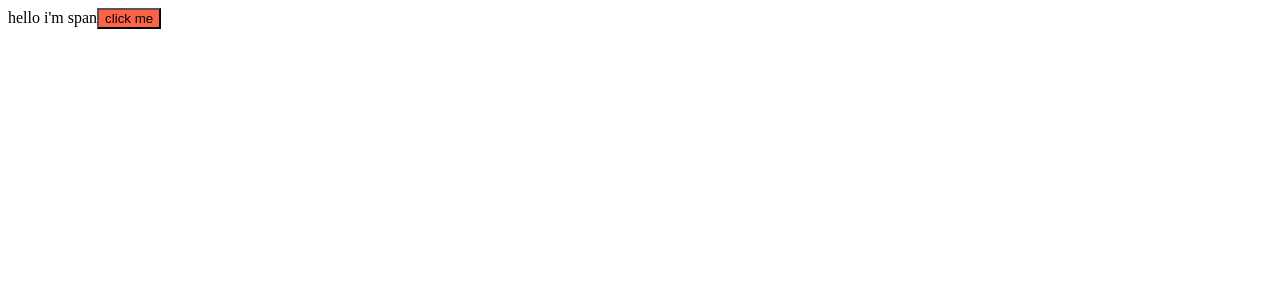
Repository: TaewookKwak/React
Page: index.html
An editor plug-in stored every save of this project. The page is shown before and after the next save, followed by the edit.
The browser window is 1280 px wide. The pictures show the whole page.

Above is the page before, as saved 2021-12-14 16:01:55.

After the next save:
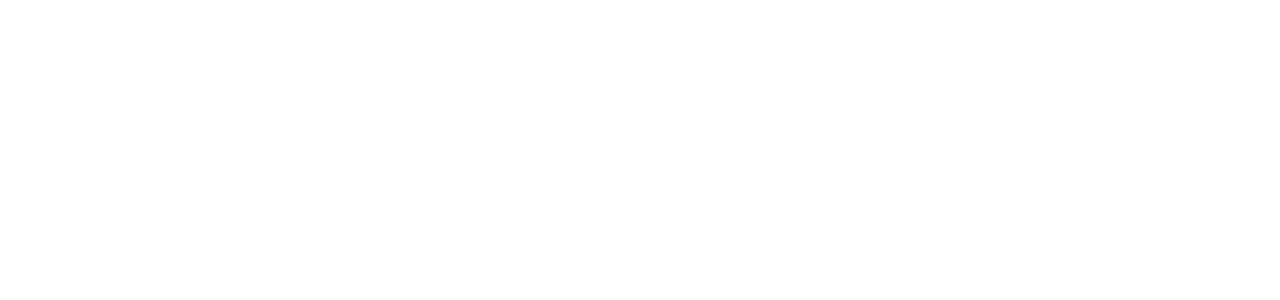
Console error: SyntaxError: Unexpected string
Saved 68 min 54 s later.
--- a/index.html
+++ b/index.html
@@ -12,10 +12,11 @@
     }, "hello i'm span");
     const button = React.createElement('button', {
         onClick: () => console.log('im clicked'),
+        'click me',
         style : {
             backgroundColor : 'tomato',
         }
-    }, 'click me');
+    });
     const container = React.createElement('div', null, [span, button]);
     ReactDOM.render(container, root);
 </script>

After the 2 saves that followed:
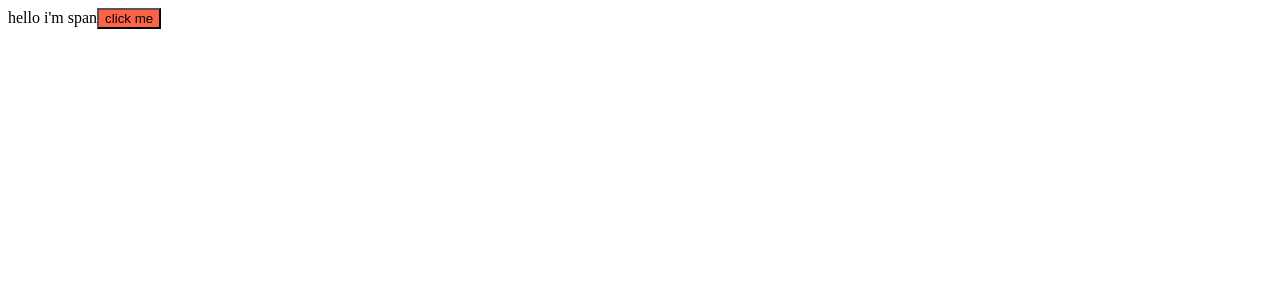
The error is gone.
The 2 saves are shown as one change because 1 left the picture as it was.
The last was saved 86 s later.
--- a/index.html
+++ b/index.html
@@ -12,11 +12,10 @@
     }, "hello i'm span");
     const button = React.createElement('button', {
         onClick: () => console.log('im clicked'),
-        'click me',
         style : {
             backgroundColor : 'tomato',
         }
-    });
+    }, 'click me');
     const container = React.createElement('div', null, [span, button]);
     ReactDOM.render(container, root);
 </script>
